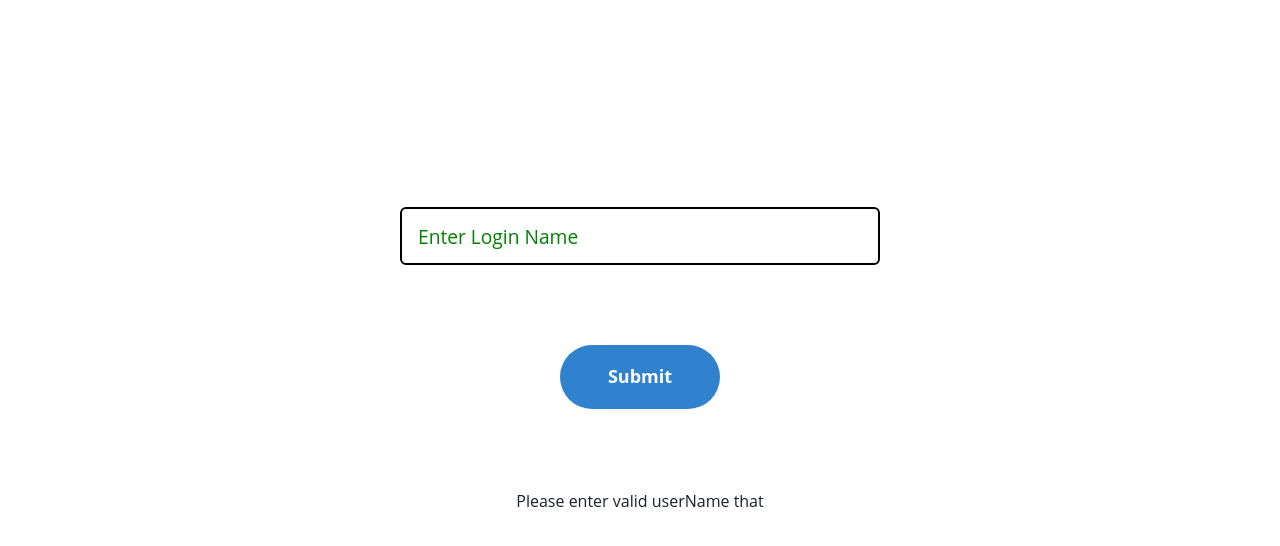
Repository: sagarjain738/lrcgame
Page: /login, after clicking the first element matching `button.chakra-button`
These files come from the project's save history. The page is drawn as it stood at one moment and after the next save; the edit follows.
The browser window is 1280 px wide. The pictures show the whole page.
The project was rebuilt for these pictures with package versions that can differ from the ones it lists, and the page was loaded fresh each time. The framework's server and built-in components were replaced by stand-ins that run in the browser. Also part of the build but not shown: next.config.js.

Above is the page before, as saved 2023-08-06 10:02:12.

After the next save:
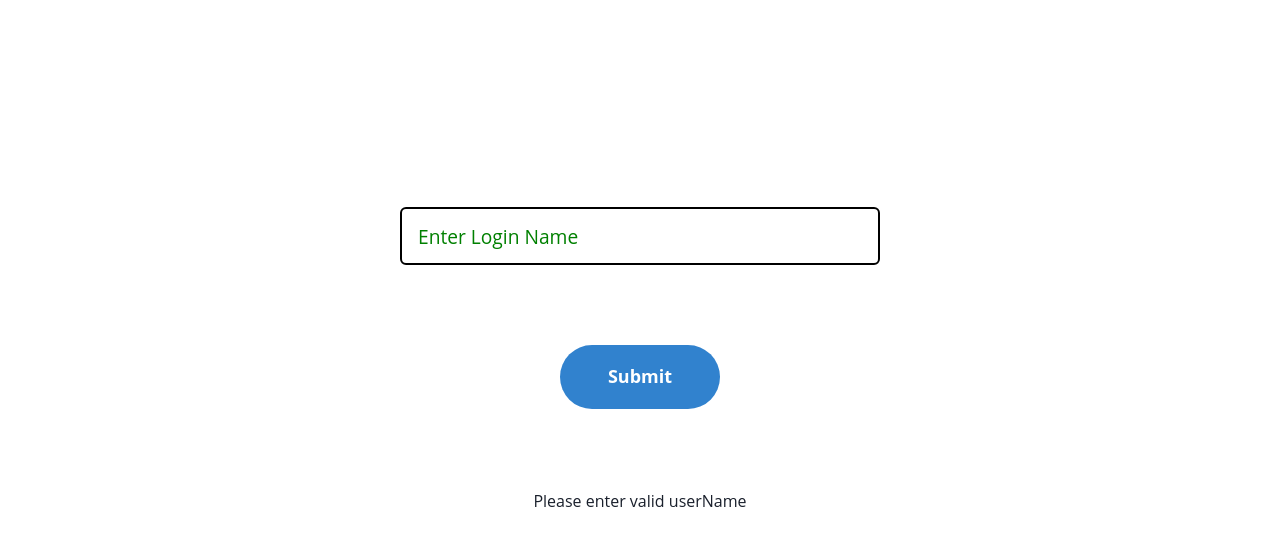
Saved 6 s later.
--- a/src/pages/login/index.jsx
+++ b/src/pages/login/index.jsx
@@ -83,7 +83,7 @@ const Login = () => {
         {mutation.isError ? (
           <Text> {mutation.error?.response?.data}</Text>
         ) : null}
-        {error && <Text>Please enter valid userName that</Text>}
+        {error && <Text>Please enter valid userName</Text>}
         {mutation.isSuccess ? <Text>Todo added!</Text> : null}
       </Box>
     </Box>
